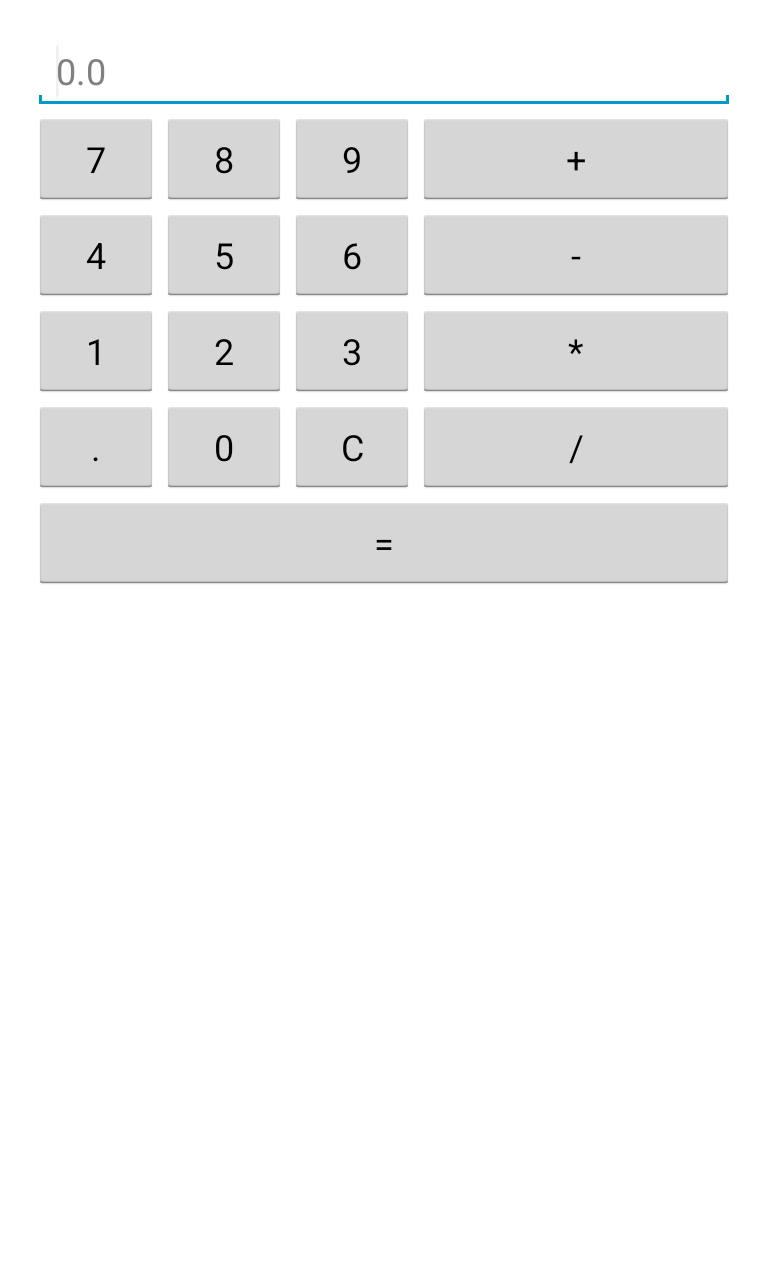
Repository: HGtz2222/LearningAndroid
Layout: test1/Calc/res/layout/activity_main.xml
These files come from the project's save history. The layout is drawn as it stood at one moment and after the next save; the edit follows.
It is drawn on a 768 x 1280 px phone screen (xhdpi) without system bars, with theme AppTheme; the app's code is not run.

Above is the layout before, as saved 2014-09-15 06:39:36.

### test1/Calc/res/layout/activity_main.xml
<LinearLayout xmlns:android="http://schemas.android.com/apk/res/android"
    xmlns:tools="http://schemas.android.com/tools"
    android:id="@+id/LinearLayout1"
    android:layout_width="match_parent"
    android:layout_height="match_parent"
    android:orientation="vertical"
    android:paddingBottom="@dimen/activity_vertical_margin"
    android:paddingLeft="@dimen/activity_horizontal_margin"
    android:paddingRight="@dimen/activity_horizontal_margin"
    android:paddingTop="@dimen/activity_vertical_margin"
    tools:context=".MainActivity" >

    <EditText
        android:id="@+id/screen"
        android:layout_width="match_parent"
        android:layout_height="wrap_content"
        android:ems="10"
        android:hint="@string/defaultStr" >
        <requestFocus />
    </EditText>

    <RelativeLayout
        android:layout_width="match_parent"
        android:layout_height="match_parent" >

        <Button
            android:id="@+id/btn_7"
            android:layout_width="wrap_content"
            android:layout_height="wrap_content"
            android:layout_alignParentLeft="true"
            android:layout_alignParentTop="true"
            android:text="@string/num7" />

        <Button
            android:id="@+id/btn_8"
            android:layout_width="wrap_content"
            android:layout_height="wrap_content"
            android:layout_alignParentTop="true"
            android:layout_toRightOf="@+id/btn_7"
            android:text="@string/num8" />

        <Button
            android:id="@+id/btn_9"
            android:layout_width="wrap_content"
            android:layout_height="wrap_content"
            android:layout_alignParentTop="true"
            android:layout_toRightOf="@+id/btn_8"
            android:text="@string/num9" />

        <Button
            android:id="@+id/btn_4"
            android:layout_width="wrap_content"
            android:layout_height="wrap_content"
            android:layout_alignParentLeft="true"
            android:layout_below="@+id/btn_7"
            android:text="@string/num4" />

        <Button
            android:id="@+id/btn_5"
            android:layout_width="wrap_content"
            android:layout_height="wrap_content"
            android:layout_alignBaseline="@+id/btn_4"
            android:layout_alignBottom="@+id/btn_4"
            android:layout_alignLeft="@+id/btn_8"
            android:text="@string/num5" />

        <Button
            android:id="@+id/btn_6"
            android:layout_width="wrap_content"
            android:layout_height="wrap_content"
            android:layout_alignBaseline="@+id/btn_5"
            android:layout_alignBottom="@+id/btn_5"
            android:layout_alignLeft="@+id/btn_9"
            android:text="@string/num6" />

        <Button
            android:id="@+id/btn_1"
            android:layout_width="wrap_content"
            android:layout_height="wrap_content"
            android:layout_alignParentLeft="true"
            android:layout_below="@+id/btn_4"
            android:text="@string/num1" />

        <Button
            android:id="@+id/btn_2"
            android:layout_width="wrap_content"
            android:layout_height="wrap_content"
            android:layout_alignBaseline="@+id/btn_1"
            android:layout_alignBottom="@+id/btn_1"
            android:layout_alignLeft="@+id/btn_5"
            android:text="@string/num2" />

        <Button
            android:id="@+id/btn_3"
            android:layout_width="wrap_content"
            android:layout_height="wrap_content"
            android:layout_alignBaseline="@+id/btn_2"
            android:layout_alignBottom="@+id/btn_2"
            android:layout_alignLeft="@+id/btn_6"
            android:text="@string/num3" />

        <Button
            android:id="@+id/btn_point"
            android:layout_width="wrap_content"
            android:layout_height="wrap_content"
            android:layout_alignParentLeft="true"
            android:layout_below="@+id/btn_1"
            android:text="@string/point" />

        <Button
            android:id="@+id/btn_0"
            android:layout_width="wrap_content"
            android:layout_height="wrap_content"
            android:layout_alignBaseline="@+id/btn_point"
            android:layout_alignBottom="@+id/btn_point"
            android:layout_toRightOf="@+id/btn_point"
            android:text="@string/num0" />

        <Button
            android:id="@+id/btn_clear"
            android:layout_width="wrap_content"
            android:layout_height="wrap_content"
            android:layout_alignLeft="@+id/btn_3"
            android:layout_below="@+id/btn_3"
            android:text="@string/clear" />

        <Button
            android:id="@+id/btn_equal"
            android:layout_width="wrap_content"
            android:layout_height="wrap_content"
            android:layout_alignParentLeft="true"
            android:layout_alignParentRight="true"
            android:layout_below="@+id/btn_point"
            android:text="@string/equal" />

        <Button
            android:id="@+id/btn_plus"
            android:layout_width="wrap_content"
            android:layout_height="wrap_content"
            android:layout_alignBottom="@+id/btn_9"
            android:layout_alignParentRight="true"
            android:layout_alignParentTop="true"
            android:layout_toRightOf="@+id/btn_9"
            android:text="@string/plus" />

        <Button
            android:id="@+id/btn_minus"
            android:layout_width="wrap_content"
            android:layout_height="wrap_content"
            android:layout_above="@+id/btn_3"
            android:layout_alignLeft="@+id/btn_plus"
            android:layout_alignParentRight="true"
            android:layout_alignTop="@+id/btn_6"
            android:text="@string/minus" />

        <Button
            android:id="@+id/btn_multi"
            android:layout_width="wrap_content"
            android:layout_height="wrap_content"
            android:layout_alignBottom="@+id/btn_3"
            android:layout_alignLeft="@+id/btn_minus"
            android:layout_alignParentRight="true"
            android:layout_below="@+id/btn_6"
            android:text="@string/mutli" />

        <Button
            android:id="@+id/btn_divide"
            android:layout_width="wrap_content"
            android:layout_height="wrap_content"
            android:layout_alignBottom="@+id/btn_clear"
            android:layout_alignLeft="@+id/btn_multi"
            android:layout_alignParentRight="true"
            android:layout_below="@+id/btn_3"
            android:text="@string/divide" />

    </RelativeLayout>

</LinearLayout>

### test1/Calc/res/values/strings.xml
<?xml version="1.0" encoding="utf-8"?>
<resources>

    <string name="app_name">Calc</string>
    <string name="action_settings">Settings</string>
    <string name="hello_world">Hello world!</string>
    <string name="num0">0</string>
    <string name="num1">1</string>
    <string name="num2">2</string>
    <string name="num3">3</string>
    <string name="num4">4</string>
    <string name="num5">5</string>
    <string name="num6">6</string>
    <string name="num7">7</string>
    <string name="num8">8</string>
    <string name="num9">9</string>
    <string name="point">.</string>
    <string name="plus">+</string>
    <string name="minus">-</string>
    <string name="mutli">*</string>
    <string name="divide">/</string>
    <string name="equal">=</string>
    <string name="clear">C</string>
    <string name="defaultStr">0.0</string>
    <string name="allClear">AC</string>

</resources>

Loaded but not shown: test1/Calc/res/values/styles.xml (common file); test1/Calc/res/values-v11/styles.xml (common file); test1/Calc/res/values-v14/styles.xml (common file); test1/Calc/res/values/dimens.xml (common file)

After the next save:
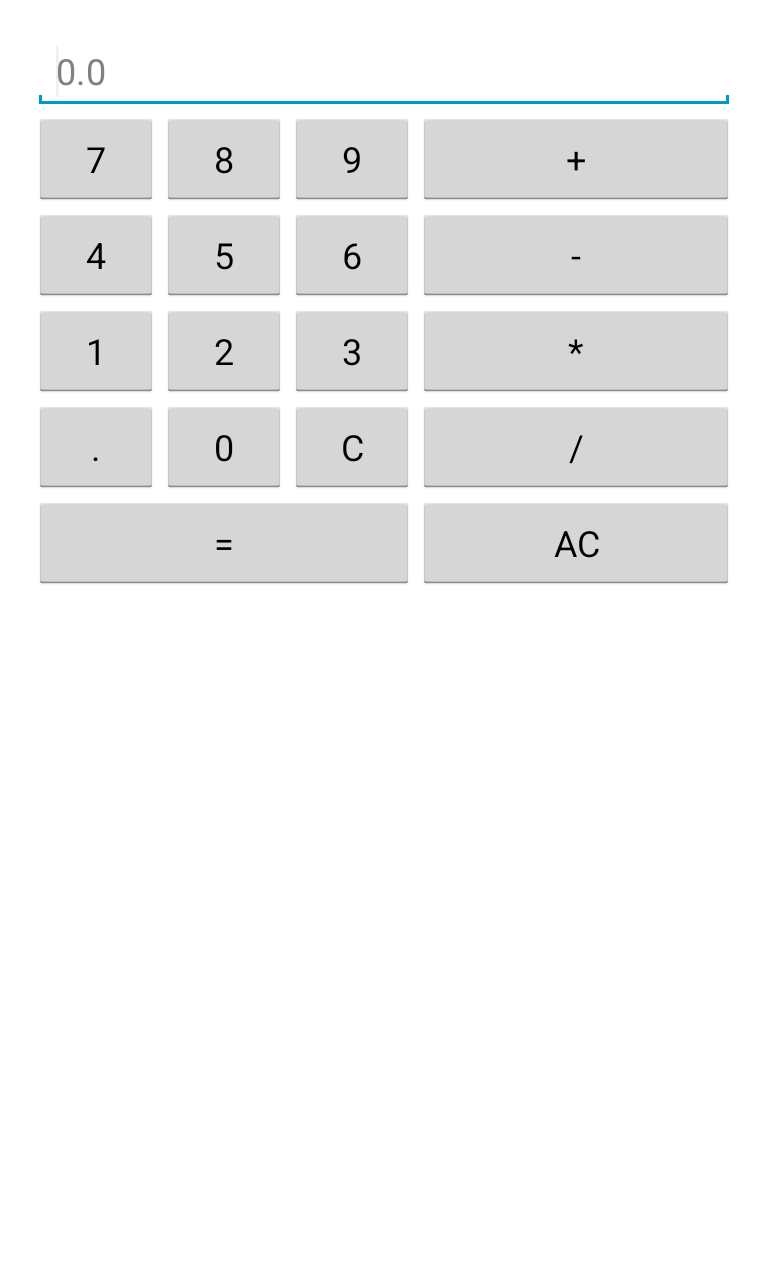
Saved 13 s later.
--- a/test1/Calc/res/layout/activity_main.xml
+++ b/test1/Calc/res/layout/activity_main.xml
@@ -129,8 +129,8 @@
             android:layout_width="wrap_content"
             android:layout_height="wrap_content"
             android:layout_alignParentLeft="true"
-            android:layout_alignParentRight="true"
             android:layout_below="@+id/btn_point"
+            android:layout_toLeftOf="@+id/btn_divide"
             android:text="@string/equal" />
 
         <Button
@@ -173,6 +173,15 @@
             android:layout_below="@+id/btn_3"
             android:text="@string/divide" />
 
+        <Button
+            android:id="@+id/button1"
+            android:layout_width="wrap_content"
+            android:layout_height="wrap_content"
+            android:layout_alignLeft="@+id/btn_divide"
+            android:layout_alignParentRight="true"
+            android:layout_below="@+id/btn_divide"
+            android:text="@string/allClear" />
+
     </RelativeLayout>
 
 </LinearLayout>
